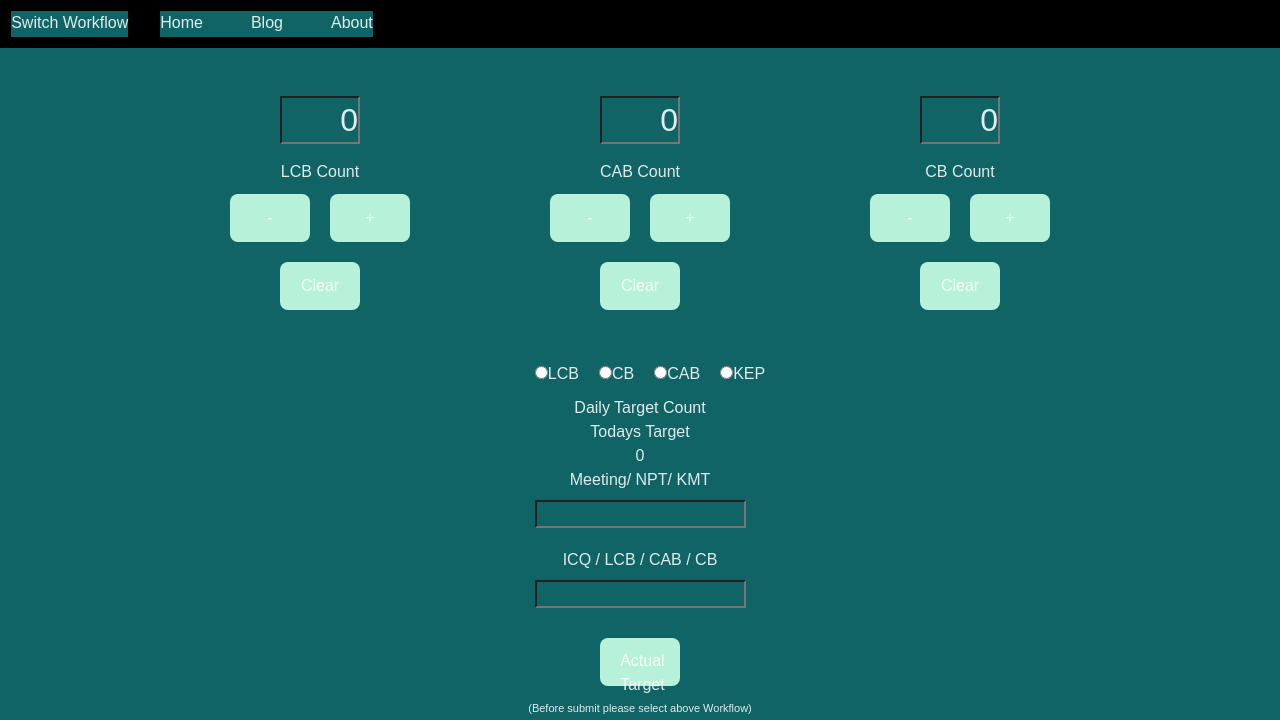
Repository: suraj-yadav7/SwitchWorkflow-Count-reactjs
Page: /
An editor plug-in stored every save of this project. The page is shown before and after the next save, followed by the edit.
The browser window is 1280 px wide. The pictures show the whole page.
The project was rebuilt for these pictures with package versions that can differ from the ones it lists, and the page was loaded fresh each time.

Above is the page before, as saved 2023-04-20 09:59:27.

### src/App.js
import './App.css';
import DailyTarget from './Components/DailyTarget';
import TitleCount from './Components/TitleCount';

function App() {
  return (
    <>
    <TitleCount />
    <DailyTarget />
    </>
  );
}

export default App;

### src/App.css
*{
  margin: 0;
  padding: 0;
  box-sizing: border-box;


  font-family: Inter, Avenir, Helvetica, Arial, sans-serif;
  font-size: 16px;
  line-height: 24px;
  font-weight: 400;

  /* color-scheme: light dark; */
  color: rgba(255, 255, 255, 0.87);
  background-color: #116466;

  /* font-synthesis: none; */
  /* text-rendering: optimizeLegibility; */
  /* -webkit-font-smoothing: antialiased;
  -moz-osx-font-smoothing: grayscale; */
  font-family: "Work Sans", sans-serif;

}

button{
  width: 5rem;
  margin: 10px;
  height: 3rem;
  border-radius: 8px;
  border: 1px solid transparent;
  padding: 0.6em 1.2em;
  font-size: 1em;
  font-weight: 500;
  font-family: inherit;
  background-color: #b7f1da;
  cursor: pointer;
  transition: border-color 0.25s;
}
button:hover {
  border-color: #646cff;
}
button:focus,
button:focus-visible {
  outline: 4px auto -webkit-focus-ring-color;
}
a{
  font-weight: 500;
  color: #646cff;
  text-decoration: inherit;
}
a:hover {
  color: #535bf2;
}
li,a{
  list-style: none;
}
/* Nav bar */
nav{
  width: 100%;
  height: 3rem;
  display: flex;
  padding: 0.7rem;
  background-color: black;
  color: white;
  font: 400 1.2rem san-serif;
}
nav > ul{
  display: flex;
  gap: 3rem;
  margin-left: 2rem;
}

.container1{
  display:flex ;
  justify-content: center;
  align-items: center;
  gap: 2rem;
  padding: 2rem;
}

.card-body{
  text-align: center;
}

.card >input{
  width: 5rem;
  height: 3rem;
  font-size: 2rem;
  text-align: right;
  margin:1rem  6.5rem;
}

/* Daily Target style */
.dailyTarget{
  align-items: center;
  display: flex;
  justify-content: center;
}

.textType{
  display: flex;
  flex-direction: column;
  width: 20rem;
  align-items: center;
  justify-content: center;
}
.textType >input{
  margin: 8px 0px 20px 0px;
  text-align: center;
}

.radioBtn >input{
  margin-left: 20px;
}

/* gitcode */

### src/Components/DailyTarget.jsx
import React from 'react'
import {useState, useEffect} from "react"
const DailyTarget = () => {
        const [target, setTarget] = useState({
            targ:0,
            npt:0,
            icq:0
        })

        const [radioBtn, setradioBtnClick] = useState("")

        const inputVal1 = (e)=>{
            let val = parseInt(e.target.value)
            console.log(val)
            setTarget((prev)=> ({...prev, npt:val || 0}))
        }

        const inputVal2 = (e)=>{
            let val = parseInt(e.target.value)
            console.log(val)
            setTarget((prev)=> ({...prev, icq:val || 0}))

        }

        const targetHandle = (e) =>{
            if(radioBtn === "LCB"){
                let output = (955-((parseInt((target.npt/0.502).toFixed())) + parseInt((target.icq/6).toFixed())))
                setTarget((prev)=>({...prev,targ:output}))
            }
            else if(radioBtn === "CB") {
                let output = (310-((parseInt((target.npt/1.548).toFixed())) + parseInt((target.icq/6).toFixed())))
                // let output = parseInt(310-((parseInt((target.npt).toFixed())) + parseInt((target.icq/6).toFixed())))
                // console.log(310-((target.npt/1.548) + (target.icq/6)))
                setTarget((prev)=>({...prev,targ:output}))
                console.log("the final reulst",target.targ)
            }
            else if(radioBtn === "CAB") {
                let output = (442-((parseInt((target.npt/1.085).toFixed())) + parseInt((target.icq/6).toFixed())))
                setTarget((prev)=>({...prev,targ:output}))
            }

        }
            useEffect(()=>{
                setTarget((prev)=>({...prev,targ:0}))
            },[radioBtn])

    return (
        <>
            <div className='dailyTarget'>
                <div class="card card2" >
                    <div class="card-body textType">
                    <div className="radioBtn" style={{margin: "10px"}}>
                        <input type='radio' onChange={e => setradioBtnClick(e.target.value)} name="workFlow" value="LCB"/>LCB
                        <input type='radio'onChange={e => setradioBtnClick(e.target.value)} name="workFlow" value="CB"/>CB
                        <input type='radio' onChange={e => setradioBtnClick(e.target.value)} name="workFlow" value="CAB"/>CAB
                        <input type='radio'onChange={e => setradioBtnClick(e.target.value)} name="workFlow" value="KEP"/>KEP
                    </div>
                        <h5 class="card-title">Daily Target Count</h5>
                        <span>Todays Target</span><h3>{target.targ<=0?0:target.targ}</h3>
                        <span>Meeting/ NPT/ KMT</span><input type='text' name="npt"  onChange={inputVal1} />
                        <span>ICQ / LCB / CAB / CB</span><input type='text' name="icq"  onChange={inputVal2} />
                        <button  onClick={targetHandle}>Actual Target</button>
                        <p style={{fontSize: "11px"}}>(Before submit please select above Workflow)</p>
                    </div>
                </div>

            </div>
        </>
    )
}

export default DailyTarget

### src/Components/TitleCount.jsx
import React from 'react'
import { useState, useEffect } from 'react'
const TitleCount = () => {

    const [lcbCount, setLcbCount] = useState(parseInt(localStorage.getItem("lcbKey")) || 0)
    const [cbCount, setcbCount] = useState(parseInt(localStorage.getItem("cbKey")) || 0)
    const [cabCount, setCabCount] = useState(parseInt(localStorage.getItem("cabKey")) || 0)

    useEffect(()=>{
        localStorage.setItem("lcbKey", lcbCount)
        localStorage.setItem("cbKey", cbCount)
        localStorage.setItem("cabKey", cabCount)
    },[lcbCount,cbCount,cabCount])

    return (
        <>
        <nav>
            <span>Switch Workflow</span>
                <ul>
                    <li>Home</li>
                    <li>Blog</li>
                    <li>About</li>
                </ul>
        </nav>
            <div className="container1">
                <div class="card" style={{width: "18rem"}}>
                    <input type='text' name="lcbCount" value={lcbCount}/>
                    <div class="card-body">
                        <h5 class="card-title">LCB Count</h5>
                        <button onClick={()=>setLcbCount(val => (lcbCount>0 ? val-1: 0))}>-</button>
                        <button onClick={()=>setLcbCount(val => val+1)}>+</button>
                        <button onClick={()=>setLcbCount(0)}>Clear</button>
                    </div>
                </div>
                <div class="card" style={{width: "18rem"}}>
                    <input type='text' name="cabCount" value={cabCount}/>
                    <div class="card-body">
                        <h5 class="card-title">CAB Count</h5>
                        <button onClick={()=>setCabCount(val => (cabCount>0 ? val-1: 0))}>-</button>
                        <button onClick={()=>setCabCount(val => val+1)}>+</button>
                        <button onClick={()=>setCabCount(0)}>Clear</button>
                    </div>
                </div>
                <div class="card" style={{width: "18rem"}}>
                    <input type='text' name="cbCount" value={cbCount}/>
                    <div class="card-body">
                        <h5 class="card-title">CB Count</h5>
                        <button onClick={()=>setcbCount(val => (cbCount>0 ? val-1: 0))}>-</button>
                        <button onClick={()=>setcbCount(val => val+1)}>+</button>
                        <button onClick={()=>setcbCount(0)}>Clear</button>
                    </div>
                </div>
            </div>

        </>
    )
}

export default TitleCount

Loaded but not shown: src/index.js (common file)

After the next save:
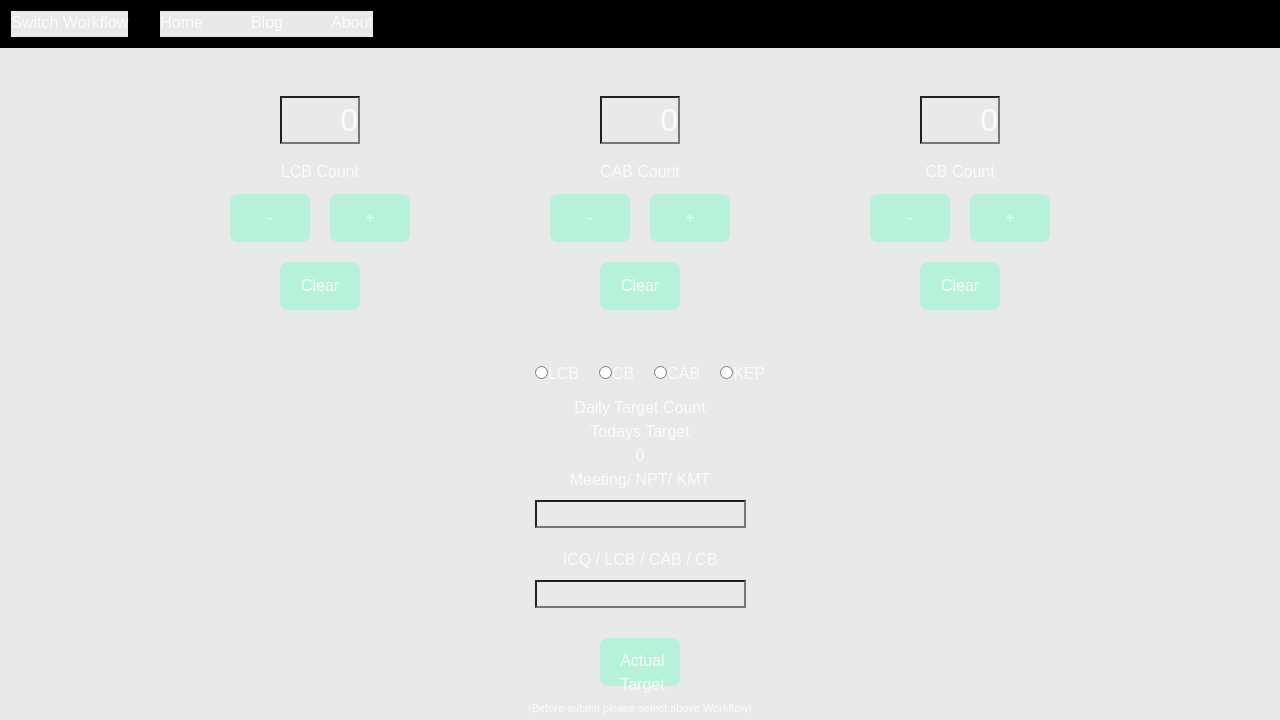
Saved 9 min 26 s later.
--- a/src/App.css
+++ b/src/App.css
@@ -11,7 +11,7 @@
 
   /* color-scheme: light dark; */
   color: rgba(255, 255, 255, 0.87);
-  background-color: #116466;
+  background-color:#e9e9e9;
 
   /* font-synthesis: none; */
   /* text-rendering: optimizeLegibility; */
